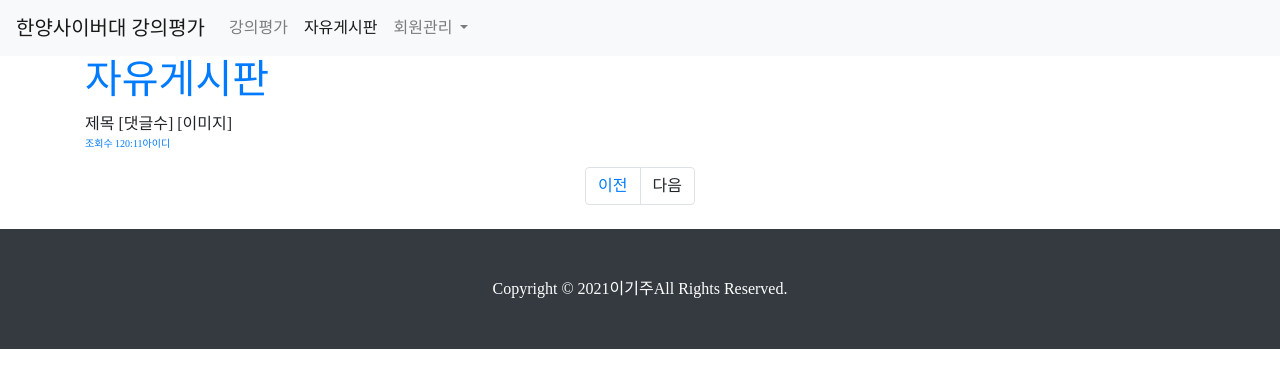
Repository: lkjjjang/hycu
Page: http://localhost/hycujjang/mobile.jsp
These files come from the project's save history. The page is drawn as it stood at one moment and after the next save; the edit follows.
The browser window is 1280 px wide. The pictures show the whole page.
Some web fonts or font styles are not loaded; a fallback is used. The page is served by Tomcat 9. Nobody is signed in. The application's start-up code is not run. Other server files are loaded and not shown. The template is opened directly, without the code that normally fills it, so the values that code supplies are empty.

Above is the page before, as saved 2022-01-02 08:49:49.

### hycujjang/WebContent/mobile.jsp
<%@ page language="java" contentType="text/html; charset=UTF-8"
    pageEncoding="UTF-8"%>
<%@ page import="java.util.ArrayList" %>
<%@ page import="java.net.URLEncoder" %>
<%@ page import="java.io.PrintWriter" %>
<%@ taglib prefix="c" uri="http://java.sun.com/jsp/jstl/core"%>
<%@ taglib prefix="fmt" uri="http://java.sun.com/jsp/jstl/fmt"%>

<!DOCTYPE html>
<html>
<head>
	<meta charset="UTF-8">
	<meta name="viewport" content="width=device-width, initial-scale=1, shrink-to-fit=no">
	<title>한양사이버대 강의평가</title>
	<!-- 부트스트랩 CSS 추가하기 -->
	<link rel="stylesheet"
			href="https://stackpath.bootstrapcdn.com/bootstrap/4.4.1/css/bootstrap.min.css"
			integrity="sha384-Vkoo8x4CGsO3+Hhxv8T/Q5PaXtkKtu6ug5TOeNV6gBiFeWPGFN9MuhOf23Q9Ifjh"
			crossorigin="anonymous">
	<!-- 커스텀 CSS 추가하기 -->
	<link rel="stylesheet" href="./css/custom.css">
</head>
<body>
	<nav class="navbar navbar-expand-md navbar-light bg-light">
		<a class="navbar-brand" href="index.jsp">한양사이버대 강의평가</a>
		<button class="navbar-toggler" type="button" data-toggle="collapse" data-target="#navbar">
			<span class="navbar-toggler-icon"></span>
		</button>
		<div id="navbar" class="collapse navbar-collapse">
			<ul class="navbar-nav mr-auto">
				<li class="nav-item">
					<a class="nav-link" href="lectureBoardController?pageNumber=1">강의평가</a>
				</li>
				<li class="nav-item active">
					<a class="nav-link" href="freeBoardController?pageNumber=1">자유게시판</a>
				</li>
				<li class="nav-item dropdown">
					<a class="nav-link dropdown-toggle" id="dropdown" data-toggle="dropdown" href="index.jsp">
						회원관리
					</a>
					<div class="dropdown-menu" aria-labelledby="dropdown">
						<a class="dropdown-item" href="logout.jsp">로그아웃</a>
					</div>
				</li>
			</ul>
		</div>
	</nav>

	<div class="container">
		<h1>
    		<a class="ed link-primary text-bold title-underline" href="freeBoardController?pageNumber=1">자유게시판</a>
  		</h1>
  		<div class="container">
  			<div class="row">
	  			<div >
	  				제목 [댓글수] [이미지]
	  			</div>
  			</div>
  			<div class="row">
  				<div class='text-primary' style="font-size: 10px;">
	  				조회수 1
	  			</div>
	  			<div class='text-primary' style="font-size: 10px;">
	  				20:11
	  			</div>
	  			<div class='text-primary' style="font-size: 10px; text-align: right">
	  				아이디
	  			</div>
  			</div>
  		</div>
  		<!--
  		${userID == 'admin'} 세션에 있는 유저 아이디
  		넘어오는 목록${freeBBS}
  		<c:if test="${userID == 'admin'}">
			<input type="checkbox" name="delCheck_id" id="delCheck_id" value="${freeBBS.bbsID}">
		</c:if>
		${freeBBS.bbsID}
		<a href="freeBoardDetailController?id=${freeBBS.bbsID}">${freeBBS.bbsTitle}</a>

  		${freeBBS.nickName}
  		${freeBBS.bbsHit}
  		${freeBBS.bbsDate}

  		-->







		<!-- 페이지번호 출력 -->
		<!-- 파라미터로 들어오는 페이지 번호를 이용해 startNum값을 구함 -->
		<div>
			<c:set var="page" value="${(param.pageNumber == null) ? 1 : param.pageNumber}"></c:set>
			<c:set var="startNum" value="${page - (page - 1) % 5}"></c:set>
			<c:set var="lastNum" value="${listCount}"></c:set>

			<ul class="pagination justify-content-center mt-3">
				<c:if test="${param.pageNumber == 1}">
					<li class="page-item"><a class="page-link" onclick="alert('이전 페이지가 없습니다.');">이전</a></li>
				</c:if>
				<c:if test="${param.pageNumber != 1}">
					<li class="page-item"><a class="page-link" href="freeBoardController?pageNumber=${param.pageNumber - 1}">이전</a></li>
				</c:if>

				<c:forEach var="i" begin="0" end="4">
					<c:if test="${(startNum + i) <= lastNum}">
						<c:if test="${param.pageNumber == (startNum + i)}">
							<li class="page-item active"><a class="page-link" href="freeBoardController?pageNumber=${startNum + i}">${startNum + i}</a></li>
						</c:if>
						<c:if test="${param.pageNumber != (startNum + i)}">
							<li class="page-item"><a class="page-link" href="freeBoardController?pageNumber=${startNum + i}">${startNum + i}</a></li>
						</c:if>
					</c:if>
				</c:forEach>

				<c:if test="${param.pageNumber == lastNum}">
					<li class="page-item"><a class="page-link" onclick="alert('다음 페이지가 없습니다.');">다음</a></li>
				</c:if>
				<c:if test="${param.pageNumber != lastNum}">
					<li class="page-item"><a class="page-link" href="freeBoardController?pageNumber=${param.pageNumber + 1}">다음</a></li>
				</c:if>
			</ul>
		</div>
	</div>

	<footer class="bg-dark mt-4 p-5 text-center" style="color: #FFFFFF;">
		Copyright &copy; 2021이기주All Rights Reserved.
	</footer>
	<script src="https://code.jquery.com/jquery-3.6.0.js"
  			integrity="sha256-H+K7U5CnXl1h5ywQfKtSj8PCmoN9aaq30gDh27Xc0jk="
  			crossorigin="anonymous">
	</script>
	<script src="https://cdn.jsdelivr.net/npm/popper.js@1.16.0/dist/umd/popper.min.js"
			integrity="sha384-Q6E9RHvbIyZFJoft+2mJbHaEWldlvI9IOYy5n3zV9zzTtmI3UksdQRVvoxMfooAo"
			crossorigin="anonymous">
	</script>
	<script src="https://maxcdn.bootstrapcdn.com/bootstrap/4.0.0/js/bootstrap.min.js"
			integrity="sha384-JZR6Spejh4U02d8jOt6vLEHfe/JQGiRRSQQxSfFWpi1MquVdAyjUar5+76PVCmYl"
			crossorigin="anonymous">
	</script>
	<script type="text/javascript">
		function guestWrite() {
			alert('게스트 계정은 글작성이 불가능 합니다.');
		}
	</script>
	<script type="text/javascript">
		function deleteAll() {
			var checkList = document.getElementsByName('delCheck_id');
			var checkedList = new Array();
			var count = 0;
			for (var i = 0; i < checkList.length; i++) {
				if (checkList[i].checked == true) {
					count++;
					checkedList[i] = checkList[i].value;
				}
			}

			if (count == 0) {
				alert('선택사항이 없습니다.');
				return;
			}

			var data = new Array();
			for (var i = 0; i < checkedList.length; i++) {
				if (checkedList[i] != null) {
					var dataTemp = new Object();
					dataTemp.id = checkedList[i];
					data.push(dataTemp);
				}
			}

			$.ajax({
				type: "post",
				url: "freeBoardDeleteController",
				data: JSON.stringify(data),
				contentType: "application/json; charset=utf-8",
				dataType: "json",

				success: function(json) {
					if (json[0].resultCode == 'ok') {
						alert('삭제 되었습니다.');
					} else {
						alert('데이터베이스 오류 입니다.');
					}
					location.reload();
				},
				error: function(json) {
					alert('시스템 오류 입니다.')
				}
			});
		}
	</script>
	<script type="text/javascript">
		function select(tagID) {
			var id = tagID.id;
			var checkList = document.getElementsByName('delCheck_id');
			for (var i = 0; i < checkList.length; i++) {
				if (id == 'selectAll') {
					checkList[i].checked = true;
				} else {
					checkList[i].checked = false;
				}
			}

			if (id == 'selectAll') {
				changeId('cancel', '선택해제');
			} else {
				changeId('selectAll', '전체선택');
			}
		}

		function changeId(id, text)  {
			  const btnElement = document.getElementById('checkList');
			  btnElement.innerHTML = '<button class="btn btn-primary" id="' + id + '" onclick="select(this)">'+ text +'</button>' +
			  							'<button class="btn btn-danger" id="deleteAll" onclick="deleteAll()">선택삭제</button>';
		}
	</script>
</body>
</html>

### hycujjang/WebContent/css/custom.css
@import url(https://fonts.googleapis.com/earlyaccess/jejugothic.css);
@import url(https://fonts.googleapis.com/css2?family=Nanum+Gothic&display=swap);
.navbar-brand, h1, h2, h3, h4 {
	font-family: 'Jeju Gothic';
}
h5 {
	font-family: 'Jeju Gothic';
	font-size: 18px;
}
body {
	font-family: 'Nanum Gothic';
}

After the next save:
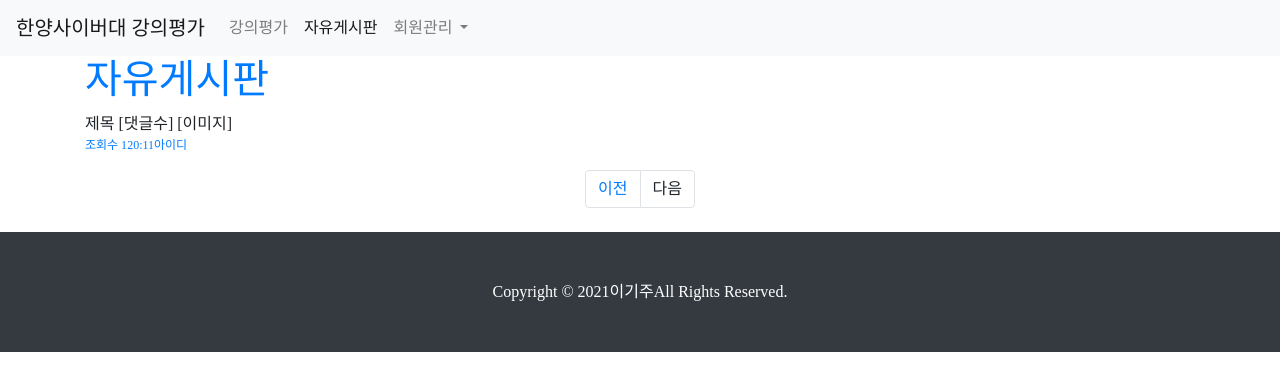
Saved 88 s later.
--- a/hycujjang/WebContent/mobile.jsp
+++ b/hycujjang/WebContent/mobile.jsp
@@ -57,13 +57,13 @@
 	  			</div>
   			</div>
   			<div class="row">
-  				<div class='text-primary' style="font-size: 10px;">
+  				<div class='text-primary' style="font-size: 12px;">
 	  				조회수 1
 	  			</div>
-	  			<div class='text-primary' style="font-size: 10px;">
+	  			<div class='text-primary' style="font-size: 12px;">
 	  				20:11
 	  			</div>
-	  			<div class='text-primary' style="font-size: 10px; text-align: right">
+	  			<div class='text-primary' style="font-size: 12px; text-align: right">
 	  				아이디
 	  			</div>
   			</div>
